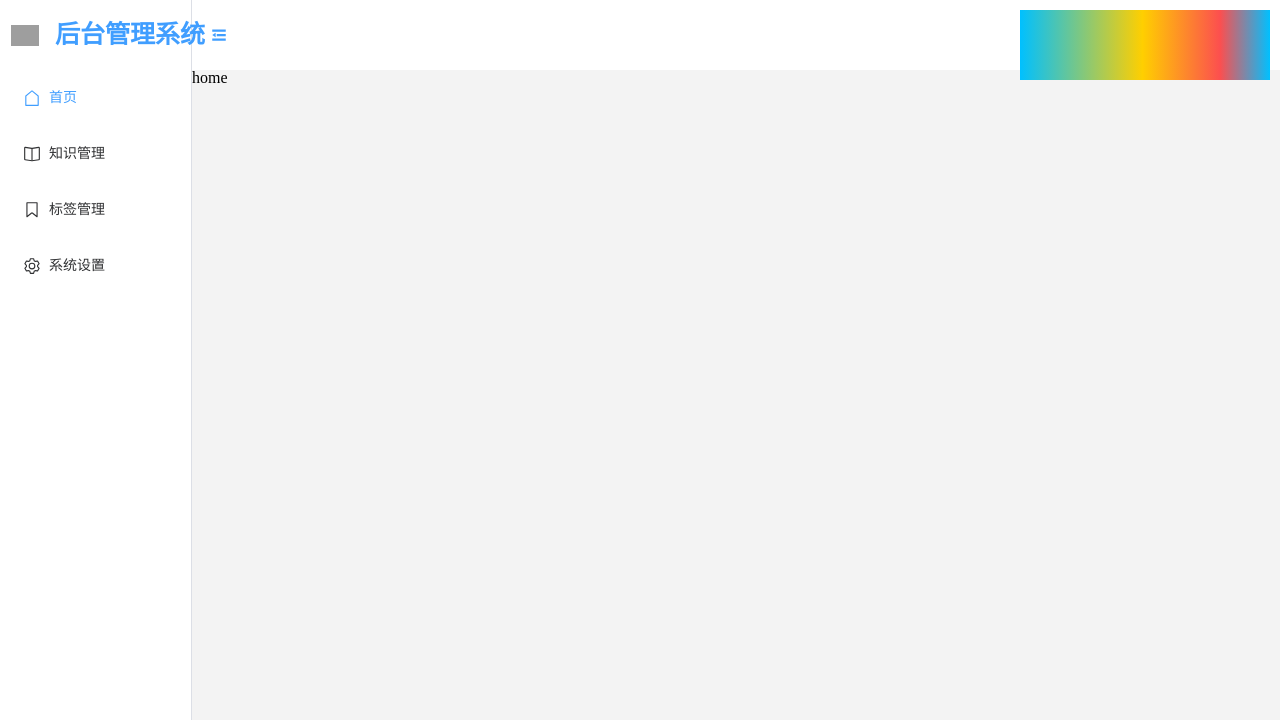
Repository: serrrN/admin
Page: /
These files come from the project's save history. The page is drawn as it stood at one moment and after the next save; the edit follows.
The browser window is 1280 px wide. The pictures show the whole page.
Pictures or frames that could not be fetched are drawn as grey boxes. The project was rebuilt for these pictures with package versions that can differ from the ones it lists, and the page was loaded fresh each time. Also part of the build but not shown: vite.config.ts, src/styles/index.scss.

Above is the page before, as saved 2024-06-05 17:01:04.

After the next save:
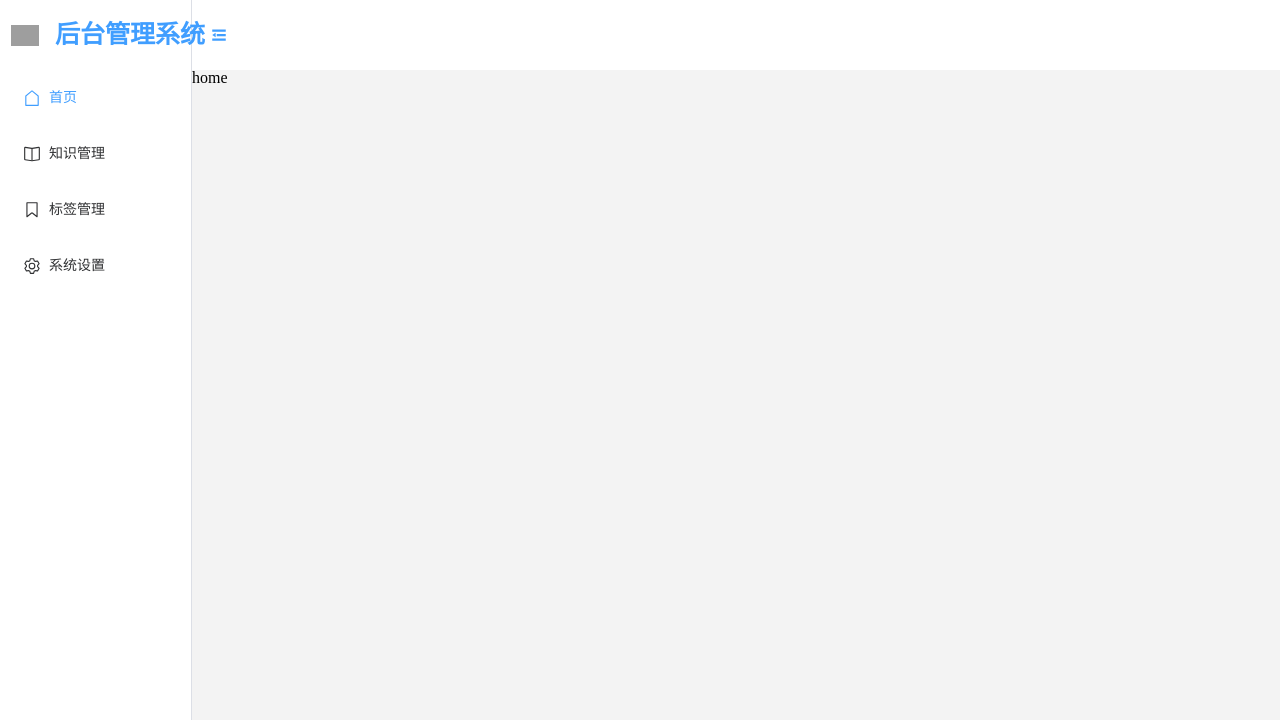
Saved 17 s later.
--- a/src/layout/header/menu/index.vue
+++ b/src/layout/header/menu/index.vue
@@ -21,6 +21,7 @@
   transition: all linear 0.3s;
   margin-right: 10px;
   margin-top: 10px;
+  visibility: hidden;
   &::before {
     content: '';
     width: calc(240px);
@@ -29,12 +30,10 @@
     display: flex;
     align-items: center;
     justify-content: center;
-    visibility: hidden;
+
   }
 }
 .header-menu:hover {
-  &::before {
-    visibility: visible;
-  }
+  visibility: visible;
 }
 </style>
